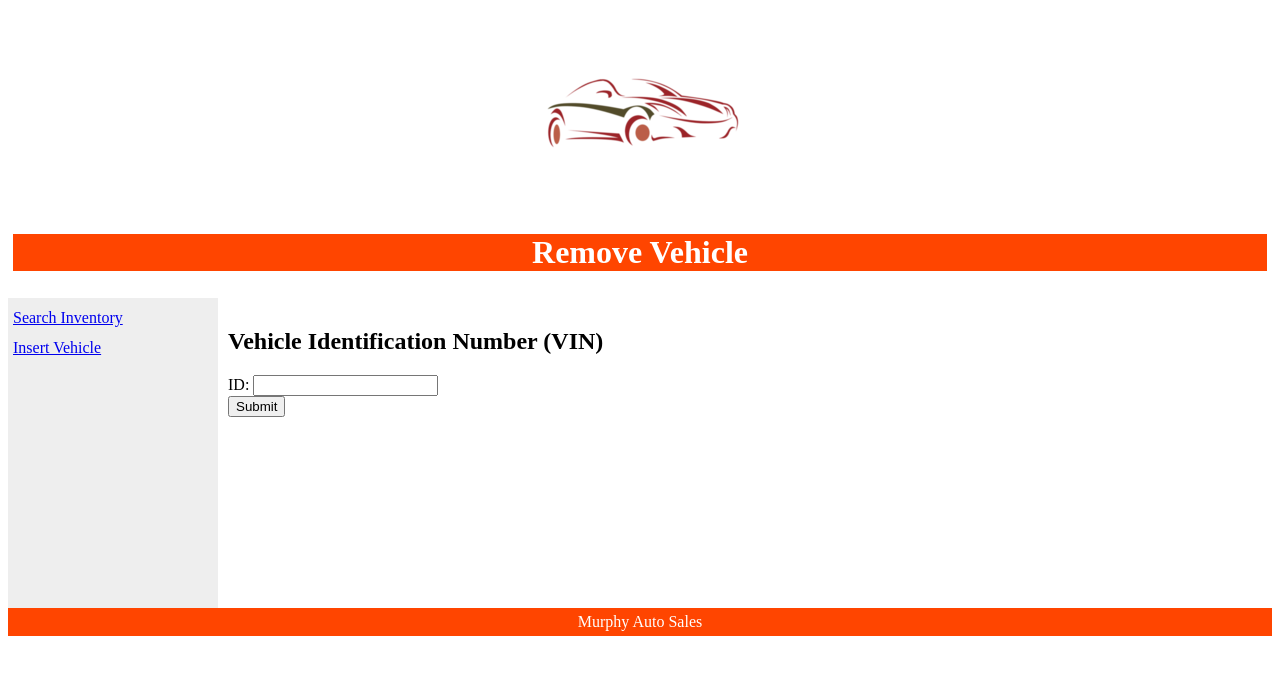
Repository: CamdenMurphy/workspace4830-intro-to-software-engineering
Page: techExercise/techExercise-Murphy/src/main/webapp/delete_murphy.html
These files come from the project's save history. The page is drawn as it stood at one moment and after the next save; the edit follows.
The browser window is 1280 px wide. The pictures show the whole page.

Above is the page before, as saved 2023-10-12 06:32:46.

### techExercise/techExercise-Murphy/src/main/webapp/delete_murphy.html
<html>
<head>
<style>
header {

	text-align: center;
    padding:5px;
}
nav {
    line-height:30px;
    background-color:#eeeeee;
    height:300px;
    width:200px;
    float:left;
    padding:5px;
}
img {
	display: inline-block;
}
section {
    width:500px;
    float:left;
    padding:10px;
}
footer {
    background-color:orangered;
    color:White;
    clear:both;
    text-align:center;
    padding:5px;
}
header h1 {
	background-color: orangered;
	color: white;
}
</style>
</head>

<body>
<header>
	<img src="car_icon.webp" alt="car logo">
	<h1> Remove Vehicle </h1>
</header>

<nav>
<a href="/techExercise-Murphy/search_murphy.html">Search Inventory</a> <br>
<a href="/techExercise-Murphy/insert_murphy.html">Insert Vehicle</a> <br>
</nav>

<section>
	<h1>Vehicle Identification Number (VIN)</h1>

	<form action="DeleteMurphy" method="POST">

		ID: <input type="text" name="id"> <br/>

		<input type="submit" value="Submit" />
	</form>
</section>

<footer>
	Murphy Auto Sales
</footer>
</body>
</html>

After the next save:
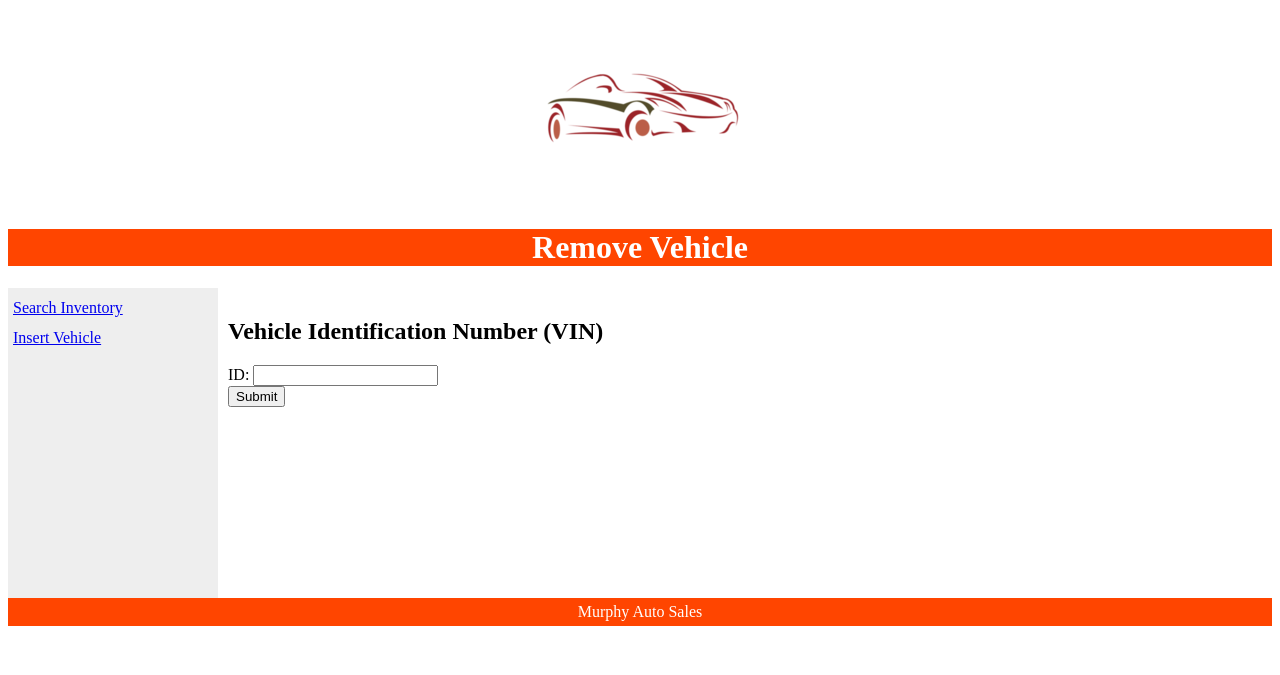
Saved 72 s later.
--- a/techExercise/techExercise-Murphy/src/main/webapp/delete_murphy.html
+++ b/techExercise/techExercise-Murphy/src/main/webapp/delete_murphy.html
@@ -2,9 +2,7 @@
 <head>
 <style>
 header {
-
 	text-align: center;
-    padding:5px;
 }
 nav {
     line-height:30px;
